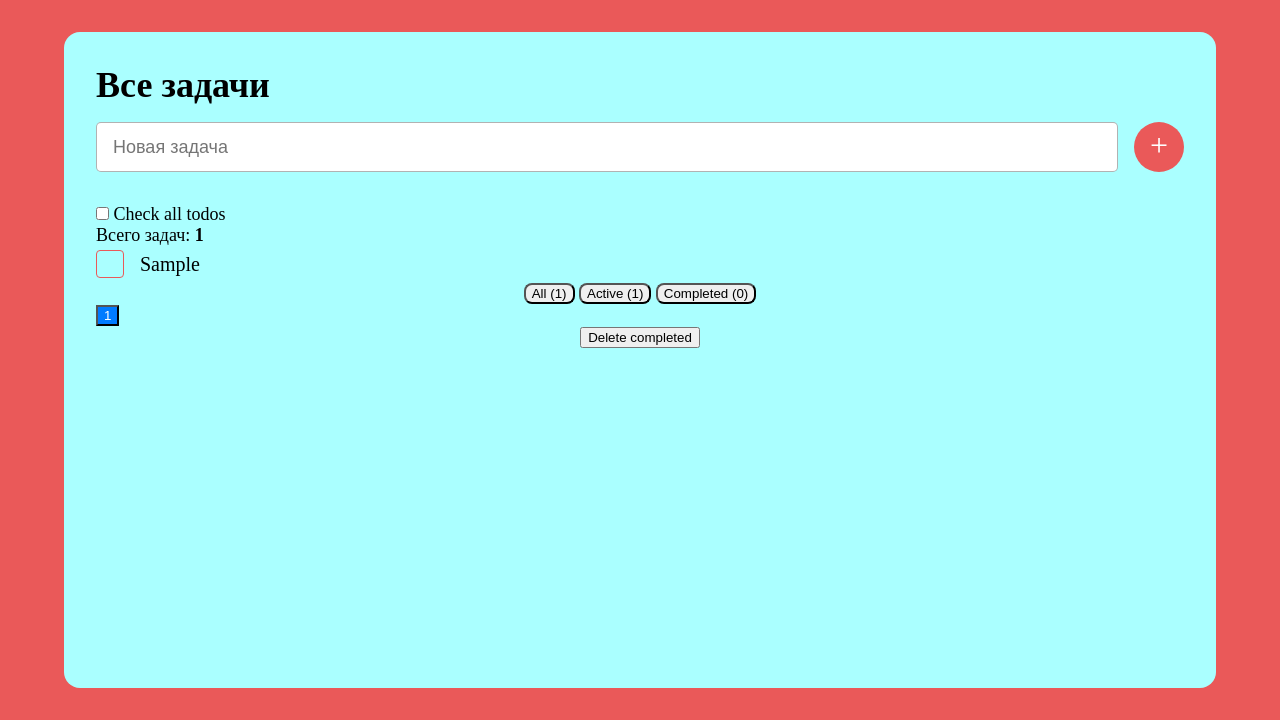
Repository: Pavel-dot614/ToDo
Page: index.html
The author's editor kept a copy of each file at every save. The page is drawn from the files as they stood at one save, then again after the next save.
The browser window is 1280 px wide. The pictures show the whole page.
Empty fields were first filled with sample values (such as "Sample", 5 or name@example.com).
After loading, the first visible `#add` was clicked once.

Above is the page before, as saved 2024-06-24 17:28:47.
Console error: TypeError: Cannot read properties of null (reading 'classList')

### index.html
<!DOCTYPE html>
<html lang="en">

<head>
    <meta charset="UTF-8">
    <meta name="viewport" content="width=device-width, initial-scale=1.0">
    <title>ToDo List</title>
    <link rel="stylesheet" href="index.css">
    <script defer src="index.js"></script>
    <script defer src="https://cdn.jsdelivr.net/npm/lodash@4.17.21/lodash.min.js"></script>
</head>

<body>
    <div class="todo">
        <div class="todo__content">
            <h1 class="todo__title">Все задачи</h1>
            <div class="todo__new">
                <input id="new" type="text" maxlength="20"  placeholder="Новая задача">
                <div id="add" class="todo__add">+</div>
            </div>
            <label htmlFor='all' class='check'>
                <input id='all' type="checkbox"  class='check-input main-checkbox' />
                <span class='check-box' >
                <span class='text'>Check all todos</span>
            </label>
            <div class="todo__tasks-count">
                <span>Всего задач:</span>
                <strong id="count">0</strong>
            </div>
             <div id="tasks" class="todo__list">
        </div>
    <div class="todo__buttons">
        <button id="btn-all" data-filter="all" class="button active"><span id="allCount">All (0)</span></button>
        <button id="btn-active" data-filter="active" class="button">Active <span id="activeCount">(0)</span></button>
        <button id="btn-completed" data-filter="completed" class="button">Completed <span id="completedCount">(0)</span></button>
    </div>
    <div class="pagination"></div>
    <div class="todo__delete-complete">
        <button class="del-all-task">Delete completed</button>
    </div>
        </div>


</body>

</html>

### index.css
:root {
    --accent: #EA5959;
    --default: rgba(0, 0, 0, 0.3);

}

* {
    margin: 0;
    box-sizing: border-box;
}

body {
    background-color: var(--accent);
    height: 100vh;
    display: flex;
    justify-content: center;
    padding: 32px;
    font-size: 18px;
    font-weight: 300;

}

.todo {
    padding: 32px;
    background-color: #afff;
    width: 90vw;
    border-radius: 16px;
}

.todo__new {
    --size: 50px;
    display: flex;
    margin: 16px 0 32px;

}

.todo__new input {
    margin-right: 16px;
    font-size: 18px;
    padding: 8px 16px;
    height: var(--size);
    border: 1px solid var(--default);
    border-radius: 5px;
    flex-grow: 1;
}

.todo__add,
.todo__task-del {
    cursor: pointer;
    text-align: center;
    line-height: calc(var(--size) * 0.95);
    font-size: 32px;
    font-weight: 200;
    height: var(--size);
    width: var(--size);
    border-radius: var(--size);
    background: var(--accent);
    color: white;
}

.todo__list>*:not(:last-child) {
    margin-bottom: 8px;
}

.todo__task {
    cursor: default;
    --size: 36px;
    display: flex;
    min-height: var(--size);
    align-items: center;

}

.todo__task:hover .todo__task-del {
    display: block;
}

.todo__task_complete .todo__task-text {
    text-decoration: line-through;
    color: var(--default);
}

.todo__checkbox {
    margin-right: 16px;
}

.todo__checkbox input {
    display: none;
}

.todo__checkbox input:checked+div {
    background-color: var(--accent);
}

.todo__checkbox input:checked+div::after {
    display: block;
}

.todo__checkbox div {
    --size: 28px;
    cursor: pointer;
    height: var(--size);
    width: var(--size);
    border: 1px solid var(--accent);
    border-radius: 4px;
    position: relative;
    color: white;
}

.todo__checkbox div::after {

    text-align: center;
    content: '\2714';
    display: none;
    position: absolute;
    top: 0;
    left: 0;
    right: 0;
    bottom: 0;
}

.todo__task-text {
    font-size: 20px;
}

.todo__task-del {

    display: none;
    margin-left: auto;
    margin-right: 0;
    font-size: 44px;
    line-height: calc(var(--size) * 0.88);
}

.todo__buttons {
    text-align: center;

    bottom: 100%
}

.button {
    cursor: pointer;
    border-radius: 8px;

}

.todo__delete-complete {
    text-align: center;

}

.button.active {
    background-color: #007BFF;
    color: white;
}


.page-number.active {
    background-color: #007BFF;
    color: white;
}

### index.js

(() => {
    const newTask = document.getElementById("new");
    const add = document.getElementById("add");
    const tasksText = document.getElementById("tasks");
    const count = document.getElementById("count");
    const allCheckBox = document.querySelector('.main-checkbox');
    const delAllTasks = document.querySelector('.todo__delete-complete');
    const allCompleteTasks = document.getElementById('btn-all');
    const activeTask = document.getElementById('btn-active');
    const completedTask = document.getElementById('btn-completed');
    const paginationContainer = document.querySelector('.pagination');
    const filterButtons = document.querySelectorAll('.todo__buttons .button');
    const toDoButtons = document.querySelector('.todo__buttons');

    const tasks = [];
    let filterType = "all";
    let currentPage = 1;
    const tasksPerPage = 5;
    let escapePressed = false;

    function createTask() {
        const newTaskText = _.escape(newTask.value.trim());
        if (newTaskText && isValidTask(newTaskText, tasks)) {
            addTask(newTaskText, tasks);
            newTask.value = "";
            tasksRender(tasks);
            allCheckBox.checked = false;
        }
        goToLastPage()
    }

    function createTaskOnButton(event) {
        if (event.key === "Enter") {
            createTask();
        }
    }

    function renderTasksCount(list) {
        count.textContent = list.length;
        const completedCount = list.filter(task => task.isComplete).length;
        const incompleteCount = list.filter(task => !task.isComplete).length;
        allCompleteTasks.textContent = `All (${list.length})`;
        activeTask.textContent = `Active (${incompleteCount})`;
        completedTask.textContent = `Completed (${completedCount})`;
    }

    function addTask(text, list) {
        const task = {
            id: Date.now(),
            text,
            isComplete: false,
        };
        list.push(task);

    }

    function isValidTask(text, list) {
        return !list.some(task => task.text === text)
    }

    function editTaskText(event) {
        const taskTextElement = event.target;
        const taskElement = taskTextElement.closest('.todo__task');
        const editInputElement = document.createElement('input');
        editInputElement.type = 'text';
        editInputElement.maxLength = '20'
        editInputElement.className = `${taskTextElement.parentElement.id}__todo__edit-input todo__edit-input`;

        const originalText = taskTextElement.textContent.trim();
        taskTextElement.style.display = 'none';
        editInputElement.value = originalText;
        taskElement.insertBefore(editInputElement, taskTextElement);
        editInputElement.focus();
        addEventListenersForEdit(editInputElement, taskElement, taskTextElement, originalText);
    }

    function addEventListenersForEdit(editInputElement, taskElement, taskTextElement, originalText) {
        const input = document.querySelector('.todo__edit-input');
        const taskId = parseInt(input.className, 10);

        editInputElement.addEventListener('keydown', (event) => handleEditKeyDown(event, input, taskId));
        editInputElement.addEventListener('blur', () => handleBlur(input, taskId));
    }

    function handleEditKeyDown(event, input, taskId) {
        switch (event.key) {
            case 'Enter':
                saveTaskText(input, taskId);
                input.blur();
                break;
            case 'Escape':
                escapePressed = true;
                input.remove();
                tasksRender(tasks);
                break;
        }
    }

    function handleBlur(input, taskId) {
        if (!escapePressed) {
            saveTaskText(input, taskId);
        }
        escapePressed = false;
        tasksRender(tasks);
    }

    function saveTaskText(input, taskId) {
        tasks.forEach((item) => {
            if (item.id === taskId) {
                item.text = input.value;
            }
        });
    }

    function tasksRender(list) {
        let filteredTasks = list;
        switch (filterType) {
            case 'active':
                filteredTasks = list.filter(task => !task.isComplete);
                break;
            case 'completed':
                filteredTasks = list.filter(task => task.isComplete);
                break;
        }


        const start = (currentPage - 1) * tasksPerPage;
        const end = start + tasksPerPage;
        const tasksToDisplay = filteredTasks.slice(start, end);

        let listHTML = "";
        tasksToDisplay.forEach((task) => {
            const cls = task.isComplete
                ? "todo__task todo__task_complete"
                : "todo__task";
            const checked = task.isComplete ? "checked" : "";
            const taskHTML = `
            <div id='${task.id}' class="${cls}">
                <label class="todo__checkbox">
                    <input type="checkbox" ${checked} class="other-checkbox">
                    <div class="todo__checkbox-div"></div>
                </label>
                <div class="todo__task-text">
                    ${task.text}
                </div>
                <div class="todo__task-del">-</div>
            </div>`;

            listHTML += taskHTML;
        });
        tasksText.innerHTML = listHTML;
        renderTasksCount(list);
        addEditTaskTextListeners();
        updatePaginationControls(filteredTasks.length);
        updateFilterButtons()
        highlightCurrentTab();
        highlightCurrentPage();
    }

    function highlightCurrentTab() {
        document.querySelectorAll('.todo__buttons .button').forEach(button => {
            button.classList.remove('active');
        });
        switch (filterType) {
            case 'all':
                document.getElementById('btnAll').classList.add('active');
                break;
            case 'active':
                document.getElementById('btnActive').classList.add('active');
                break;
            case 'completed':
                document.getElementById('btnCompleted').classList.add('active');
                break;
        }
    }

    function highlightCurrentPage() {
        document.querySelectorAll('.page-number').forEach(page => {
            page.classList.remove('active');
        });
        document.querySelector(`.page-number[data-page="${currentPage}"]`).classList.add('active');
    }

    function updatePaginationControls(totalTasks) {
        const totalPages = Math.ceil(totalTasks / tasksPerPage);

        paginationContainer.innerHTML = '';

        for (let i = 1; i <= totalPages; i++) {
            const pageNumber = document.createElement('button');
            pageNumber.textContent = i;
            pageNumber.classList.add('page-number');
            if (i === currentPage) {
                pageNumber.classList.add('active');
            }
            paginationContainer.appendChild(pageNumber);
        }
    }

    function changePage(event) {
        const target = event.target;
        if (target.classList.contains('page-number')) {
            const page = Number(target.textContent);
            goToPage(page);
        }
    }

    function goToPage(page) {
        currentPage = page;
        tasksRender(tasks);
    }

    function goToLastPage() {
        const totalTasks = tasks.length;
        const totalPages = Math.ceil(totalTasks / tasksPerPage);
        currentPage = totalPages;
        tasksRender(tasks);
    }

    function changeTaskStatus(id, list) {
        const task = list.find(task => task.id === Number(id));
        if (task) {
            task.isComplete = !task.isComplete;
            const allComplete = tasks.length > 0 && tasks.every(task => task.isComplete);
            allCheckBox.checked = allComplete;
            tasksRender(list);
        }
    }

    function checkAllTodo() {
        const allComplete = allCheckBox.checked;

        tasks.forEach(task => {
            task.isComplete = allComplete;
        });

        tasksRender(tasks);
    }

    function updateCheckAllStatus() {
        allCheckBox.checked = tasks.length > 0 && tasks.every(task => task.isComplete);
    }

    function deleteTask(id) {
        const index = tasks.findIndex(task => task.id === Number(id));
        if (index !== -1) {
            tasks.splice(index, 1);
            const totalPages = Math.ceil(tasks.length / tasksPerPage);
            if (currentPage > totalPages) {
                currentPage = totalPages;
            }
            tasksRender(tasks);
            updateCheckAllStatus()
        }
    }

    function deleteCompletedTasks() {
        const filteredTasks = tasks.filter(task => !task.isComplete);
        tasks.length = 0;
        tasks.push(...filteredTasks);
        tasksRender(tasks);
        updateCheckAllStatus()
    }

    function changeOrDel(event) {
        const target = event.target;
        const taskElement = target.closest('.todo__task');
        const taskId = taskElement ? taskElement.id : null;

        if (taskId) {
            switch (true) {
                case target.classList.contains('todo__checkbox-div'):
                    changeTaskStatus(taskId, tasks);
                    break;
                case target.classList.contains('todo__task-del'):
                    deleteTask(taskId);
                    break;
            }
        }
    }

    function setFilter(type) {
        switch (type) {
            case 'all':
                filterType = 'all';
                break;
            case 'active':
                filterType = 'active';
                break;
            case 'completed':
                filterType = 'completed';
                break;

        }

        tasksRender(tasks);
        updateFilterButtons();
    }

    function updateFilterButtons() {
        filterButtons.forEach(button => {
            button.classList.remove('active');
        });

        switch (filterType) {
            case 'all':
                document.querySelector('.button[data-filter="all"]').classList.add('active');
                break;
            case 'active':
                document.querySelector('.button[data-filter="active"]').classList.add('active');
                break;
            case 'completed':
                document.querySelector('.button[data-filter="completed"]').classList.add('active');
                break;
        }
    }

    function setDataFilter(event) {
        if (event.target.classList.contains('button')) {
            const filter = event.target.getAttribute('data-filter');
            setFilter(filter);
        }
    }

    function addEditTaskTextListeners() {
        document.querySelectorAll('.todo__task-text').forEach(element => {
            element.addEventListener('dblclick', editTaskText);
        });
    }
    add.addEventListener("click", createTask);
    newTask.addEventListener("keydown", createTaskOnButton);
    tasksText.addEventListener('click', changeOrDel)
    allCheckBox.addEventListener('click', checkAllTodo);
    delAllTasks.addEventListener('click', deleteCompletedTasks);
    allCompleteTasks.addEventListener("click", () => setFilter("all"));
    activeTask.addEventListener("click", () => setFilter("active"));
    completedTask.addEventListener("click", () => setFilter("completed"));
    paginationContainer.addEventListener('click', changePage);
    toDoButtons.addEventListener('click', setDataFilter);
})();

After the next save:
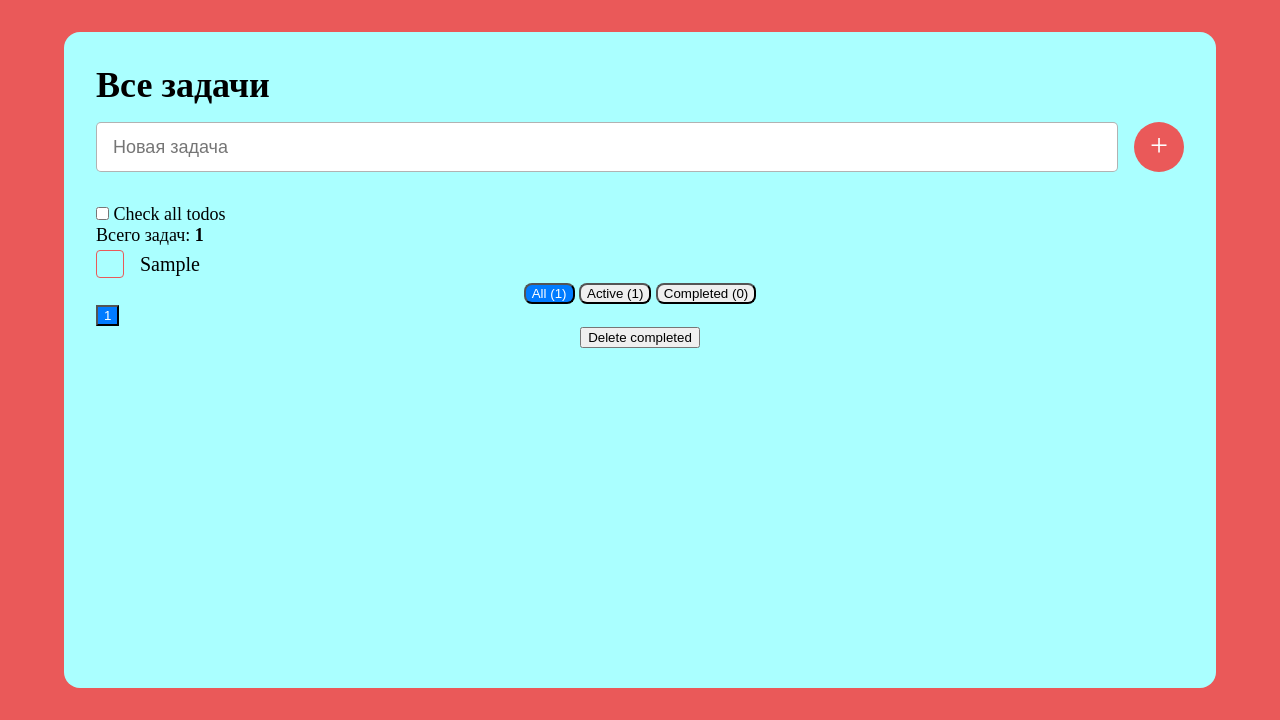
The error is gone.
Saved 81 s later.
--- a/index.js
+++ b/index.js
@@ -154,32 +154,6 @@
         addEditTaskTextListeners();
         updatePaginationControls(filteredTasks.length);
         updateFilterButtons()
-        highlightCurrentTab();
-        highlightCurrentPage();
-    }
-
-    function highlightCurrentTab() {
-        document.querySelectorAll('.todo__buttons .button').forEach(button => {
-            button.classList.remove('active');
-        });
-        switch (filterType) {
-            case 'all':
-                document.getElementById('btnAll').classList.add('active');
-                break;
-            case 'active':
-                document.getElementById('btnActive').classList.add('active');
-                break;
-            case 'completed':
-                document.getElementById('btnCompleted').classList.add('active');
-                break;
-        }
-    }
-
-    function highlightCurrentPage() {
-        document.querySelectorAll('.page-number').forEach(page => {
-            page.classList.remove('active');
-        });
-        document.querySelector(`.page-number[data-page="${currentPage}"]`).classList.add('active');
     }
 
     function updatePaginationControls(totalTasks) {
